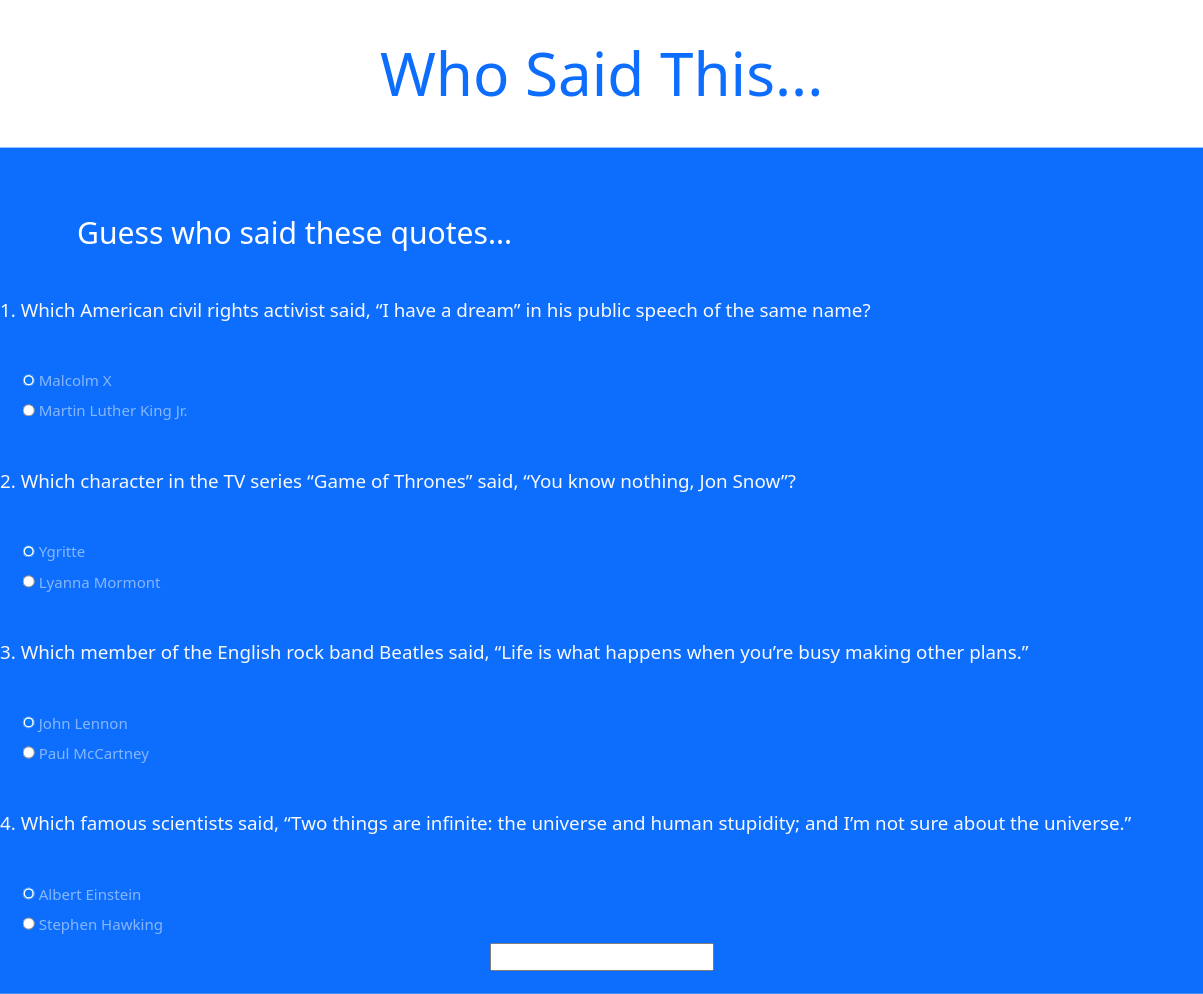
Repository: julihocc/netninja-quiz
Page: index.html
The author's editor kept a copy of each file at every save. The page is drawn from the files as they stood at one save, then again after the next save.
The browser window is 1280 px wide. The pictures show the whole page, at 94% of full size.

Above is the page before, as saved 2022-09-27 19:24:56.

### index.html
<!DOCTYPE html>
<html lang="en">

<head>
    <meta charset="UTF-8">
    <meta http-equiv="X-UA-Compatible" content="IE=edge">
    <meta name="viewport" content="width=device-width, initial-scale=1.0">

    <!-- CSS only -->
    <link href="https://cdn.jsdelivr.net/npm/bootstrap@5.2.1/dist/css/bootstrap.min.css" rel="stylesheet"
        integrity="sha384-iYQeCzEYFbKjA/T2uDLTpkwGzCiq6soy8tYaI1GyVh/UjpbCx/TYkiZhlZB6+fzT" crossorigin="anonymous">

    <title>Who Said It...</title>
</head>

<body>

    <div class="intro py-3 bg-white text-center">
        <div class="container">
            <h2 class="text-primary display-3 my-4">
                Who Said This...
            </h2>
        </div>
    </div>

    <div class="quiz py-4 bg-primary">
        <div class="container lead">
            <h2 class="my-5 text-white">
                Guess who said these quotes...
            </h2>
        </div>


        <form class="quiz-form text-light">

            <!-- question #1 -->
            <div class="my-5">
                <p class="lead font-weight-normal">
                    1. Which American civil rights activist said, “I have a dream” in his public speech of the same
                    name?
                </p>
            </div>
            <div class="form-check my-2 text-white-50">
                <input type="radio" name="q1" value="A" checked> <label class="form-check-label">Malcolm X</label>
            </div>
            <div class="form-check my-2 text-white-50">
                <input type="radio" name="q1" value="B"> <label class="form-check-label">Martin Luther King Jr.</label>
            </div>

            <!-- question #2 -->
            <div class="my-5">
                <p class="lead font-weight-normal">
                    2. Which character in the TV series “Game of Thrones” said,
                            “You know nothing, Jon Snow”?
                </p>
            </div>
            <div class="form-check my-2 text-white-50">
                <input type="radio" name="q2" value="A" checked> <label class="form-check-label">Ygritte</label>
            </div>
            <div class="form-check my-2 text-white-50">
                <input type="radio" name="q2" value="B"> <label class="form-check-label">Lyanna Mormont</label>
            </div>

            <!-- question #3 -->
            <div class="my-5">
                <p class="lead font-weight-normal"> 3. Which member of the English rock band Beatles said, “Life
                    is what happens when you’re busy making other plans.”
                </p>
            </div>
            <div class="form-check my-2 text-white-50">
                <input type="radio" name="q3" value="A" checked> <label class="form-check-label">  John Lennon</label>
            </div>
            <div class="form-check my-2 text-white-50">
                <input type="radio" name="q3" value="B"> <label class="form-check-label">  Paul McCartney</label>
            </div>

            <!-- question #4 -->
            <div class="my-5">
                <p class="lead font-weight-normal"> 4. Which famous scientists said, “Two things are infinite:
                    the universe and human stupidity; and I’m not sure about the universe.”
                </p>
            </div>
            <div class="form-check my-2 text-white-50">
                <input type="radio" name="q4" value="A" checked> <label class="form-check-label">  Albert Einstein</label>
            </div>
            <div class="form-check my-2 text-white-50">
                <input type="radio" name="q4" value="B"> <label class="form-check-label">   Stephen Hawking</label>
            </div>

            <div class="text-center">
                <input type="">
            </div>

        </form>

    </div>

    <script src="app.js"></script>
</body>

</html>

Loaded but not shown: app.js (no stored copy; drawn as an empty file)

After the next save:
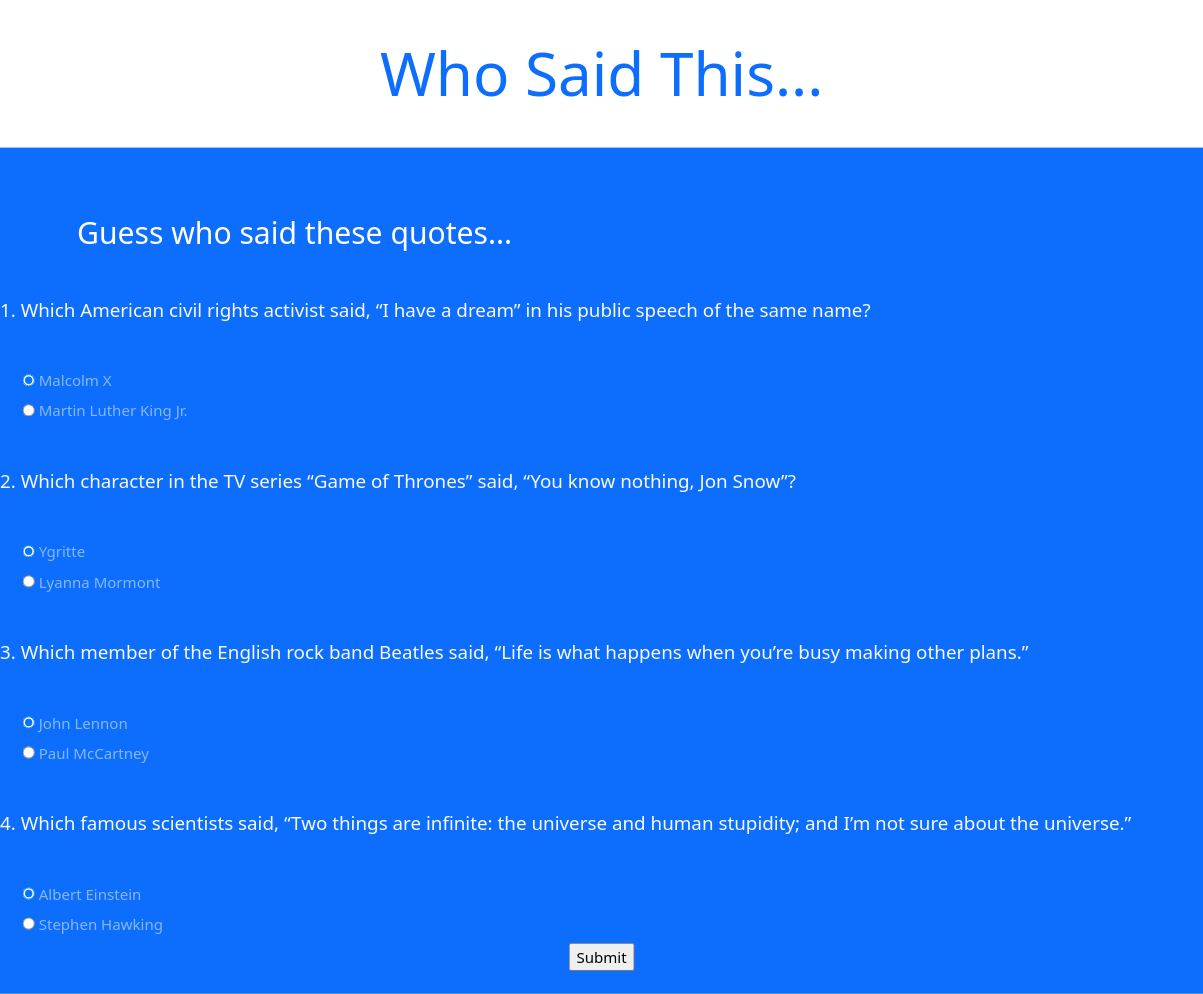
Saved 4 s later.
--- a/index.html
+++ b/index.html
@@ -88,7 +88,7 @@
             </div>
 
             <div class="text-center">
-                <input type="">
+                <input type="submit">
             </div>
 
         </form>
